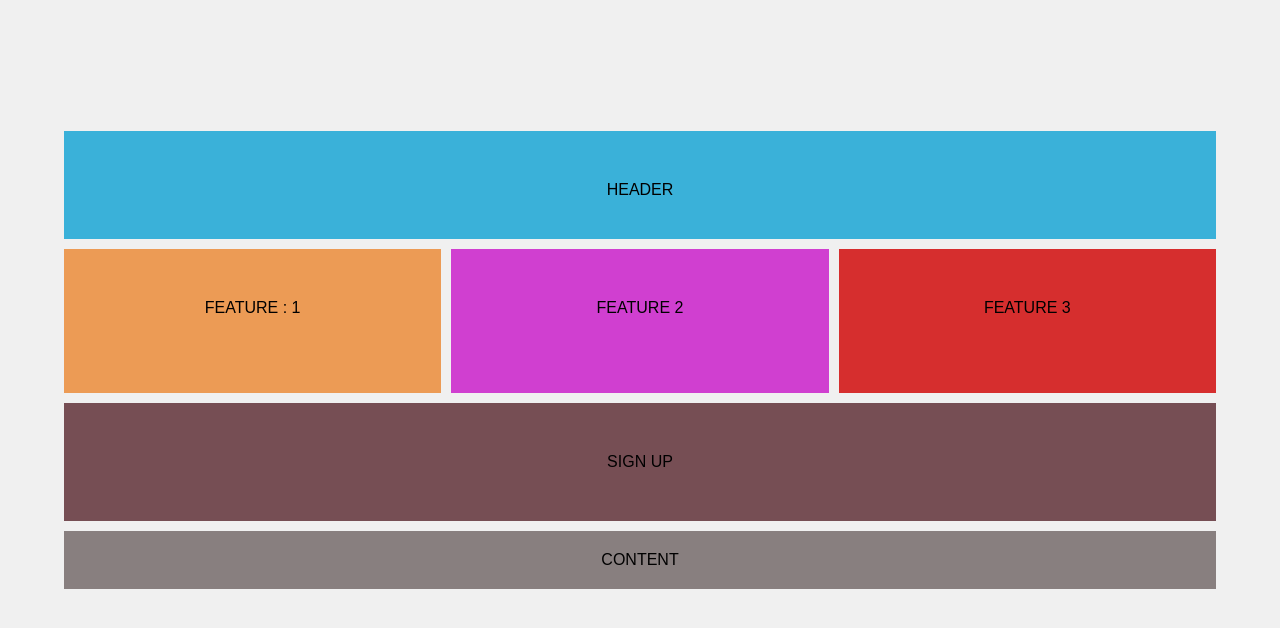
Repository: viveknaidu007/repo-152-FSD-InnomaticsTasksSep2024
Page: task_3/index.html
These files come from the project's save history. The page is drawn as it stood at one moment and after the next save; the edit follows.
The browser window is 1280 px wide. The pictures show the whole page.

Above is the page before, as saved 2024-10-02 11:45:46.

### task_3/index.html
<!DOCTYPE html>
<html lang="en">
<head>
  <meta charset="UTF-8">
  <meta name="viewport" content="width=device-width, initial-scale=1.0">
  <title>Responsive Layout</title>
  <link rel="stylesheet" href="styles.css">
</head>
<body>
  <div class="container">
    <header class="header">HEADER</header>
    <div class="content">CONTENT</div>
    <div class="signup">SIGN UP</div>
    <div class="feature1">FEATURE : 1</div>
    <div class="feature2">FEATURE 2</div>
    <div class="feature3">FEATURE 3</div>
  </div>
</body>
</html>

### task_3/styles.css
* {
    margin: 0;
    padding: 0;
    box-sizing: border-box;
  }

  body {
    font-family: Arial, sans-serif;
    display: flex;
    justify-content: center;
    align-items: center;
    height: 100vh;
    background-color: #f0f0f0;
  }

  .header {
    grid-area: header;
    background-color: #3ab1d9;
    text-align: center;
    padding: 50px;
    position: static;
    height: 15vh;
  }

  .content {
    grid-area: content;
    background-color: #887f7f;
    text-align: center;
    padding: 20px;
  }

  .signup {
    grid-area: signup;
    background-color: #764e54;
    text-align: center;
    padding: 50px;
    text-decoration: solid;
  }


  .feature1 {
    background-color: #ec9b55;
    height:20vh;
    text-align: center;
    padding: 50px;
  }

  .feature2 {
    background-color: #d03fd0;
    height:20vh;
    padding: 50px;
    text-align: center;
  }

  .feature3 {
    background-color: #d62e2e;
    padding: 50px;
    text-align: center;
  }


  .container {
    display: grid;
    grid-template-areas:
      "header"
      "content"
      "signup"
      "feature1"
      "feature2"
      "feature3";
    grid-template-columns: 1fr;
    gap: 10px;
    width: 90%;
    max-width: 1200px;
  }


  @media(min-width: 768px) {
    .container {
      grid-template-areas:
        "header header"
        "content content"
        "signup feature1"
        "feature2 feature3";
      grid-template-columns: 1fr 1fr;
    }
  }

  @media(min-width: 1024px) {
    .container {
      grid-template-areas:
        "header header header"
        "feature1 feature2 feature3"
        "signup signup signup"
        "content content content";
      grid-template-columns: repeat(3, 1fr);
    }
  }

After the next save:
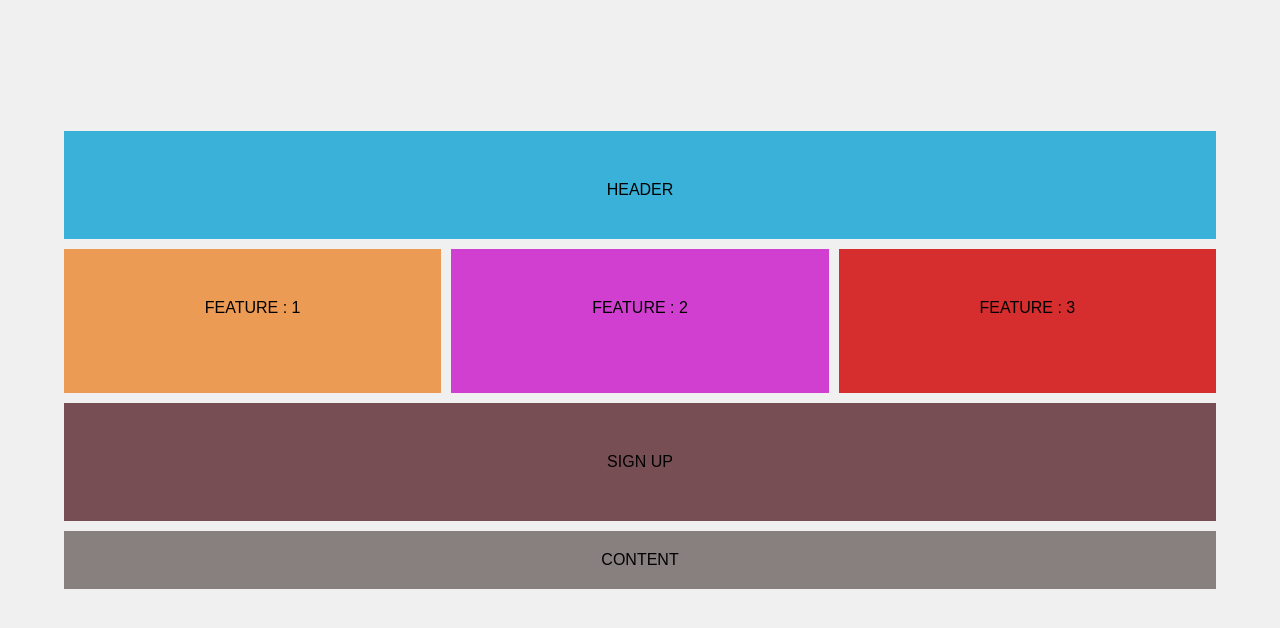
Saved 31 s later.
--- a/task_3/index.html
+++ b/task_3/index.html
@@ -3,7 +3,7 @@
 <head>
   <meta charset="UTF-8">
   <meta name="viewport" content="width=device-width, initial-scale=1.0">
-  <title>Responsive Layout</title>
+  <title>Responsive Layout project</title>
   <link rel="stylesheet" href="styles.css">
 </head>
 <body>
@@ -12,8 +12,8 @@
     <div class="content">CONTENT</div>
     <div class="signup">SIGN UP</div>
     <div class="feature1">FEATURE : 1</div>
-    <div class="feature2">FEATURE 2</div>
-    <div class="feature3">FEATURE 3</div>
+    <div class="feature2">FEATURE : 2</div>
+    <div class="feature3">FEATURE : 3</div>
   </div>
 </body>
 </html>
